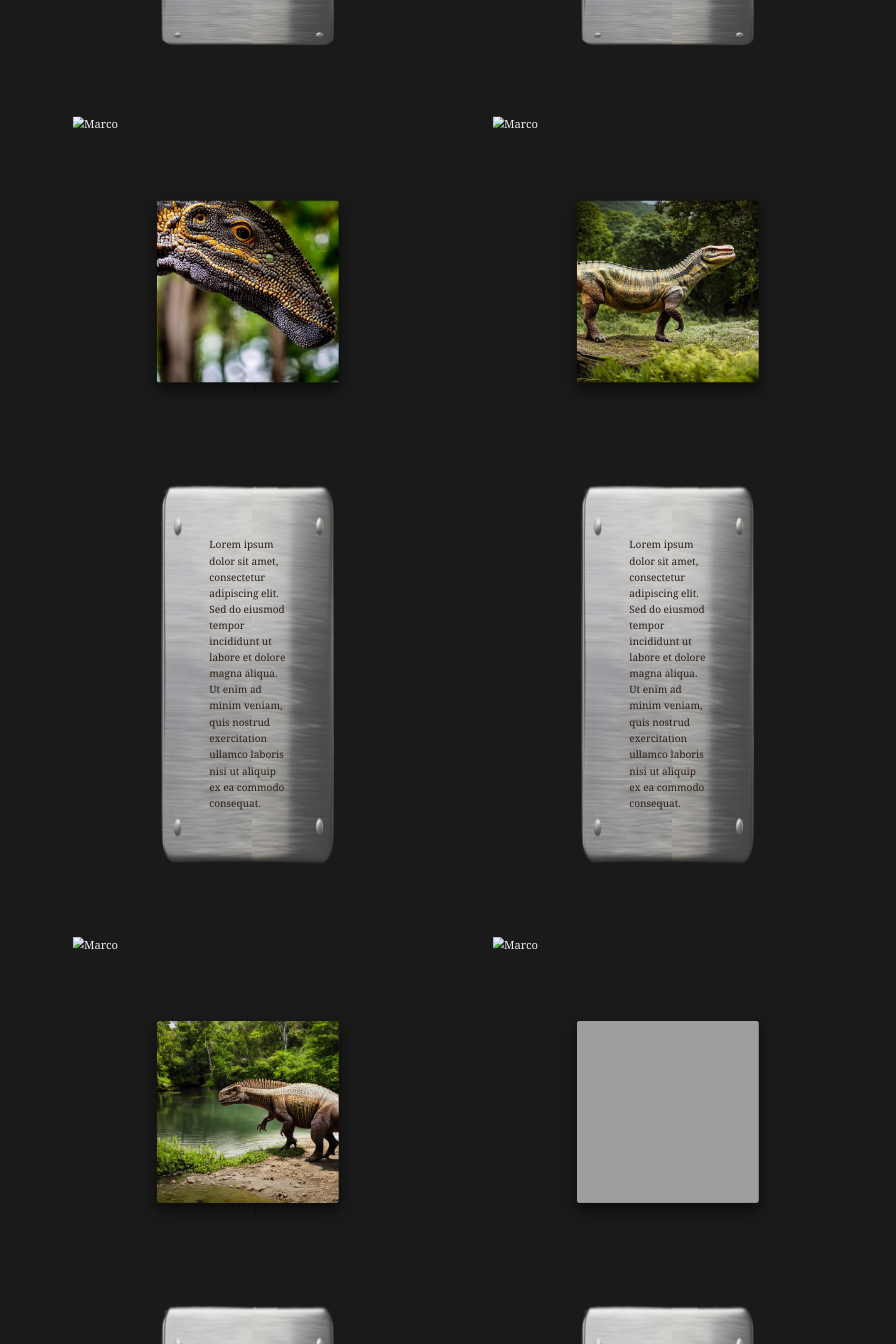
Repository: FormalIngenieroniel/YapperSaurusMuseum
Page: templates/index.html
The author's editor kept a record of every edit. The page is drawn from the files as they stood at one moment, then again after the next edit.
The browser window is 1280 px wide. The pictures show the part of the page from y = 1578 to 3498 px (the page is 6372 px tall), at 70% of full size.
Pictures or frames that could not be fetched are drawn as grey boxes.

Above is the page before.
Console error: TypeError: Cannot read properties of null (reading 'addEventListener')

### templates/index.html
<!DOCTYPE html>
<html lang="es">
<head>
    <meta charset="UTF-8">
    <meta name="viewport" content="width=device-width, initial-scale=1.0">
    <title>Museo de Dinosaurios</title>
    <link rel="stylesheet" href="./static/style.css">
</head>
<body>

    <div class="fondo-paralax"></div>

    <h1>Galería de Dinosaurios</h1>

    <div class="museo-container">

        <div class="dino-exhibit">
            <div class="dino-cuadro">
                <img src="./static/Carpetanosaurio rex/Waranatitan.png" alt="Waranatitan" class="dino-img">
                <img src="" alt="Marco" class="dino-marco">
            </div>
            <div class="dino-placa">
                </div>
        </div>

        <div class="dino-exhibit">
            <div class="dino-cuadro">
                <img src="./static/Carpetanosaurio rex/Hianchangosaurus.png" alt="Dinosaurio 2" class="dino-img">
                <img src="" alt="Marco" class="dino-marco">
            </div>
            <div class="dino-placa">
            </div>
        </div>
        <div class="dino-exhibit">
            <div class="dino-cuadro">
                <img src="./static/Carpetanosaurio rex/Hianchangosaurus.png" alt="Hianchangosaurus" class="dino-img">
                <img src="" alt="Marco" class="dino-marco">
            </div>
            <div class="dino-placa">
            </div>
        </div>

        <div class="dino-exhibit">
            <div class="dino-cuadro">
                <img src="./static/Carpetanosaurio rex/Ligantosaurus.png" alt="Dinosaurio 3" class="dino-img">
                <img src="" alt="Marco" class="dino-marco">
            </div>
            <div class="dino-placa">
            </div>
        </div>

        <div class="dino-exhibit">
            <div class="dino-cuadro">
                <img src="./static/Carpetanosaurio rex/Nonosaurus.png" alt="Dinosaurio 4" class="dino-img">
                <img src="" alt="Marco" class="dino-marco">
            </div>
            <div class="dino-placa">
                <p>Lorem ipsum dolor sit amet, consectetur adipiscing elit. Sed do eiusmod tempor incididunt ut labore et dolore magna aliqua. Ut enim ad minim veniam, quis nostrud exercitation ullamco laboris nisi ut aliquip ex ea commodo consequat.</p>
            </div>
        </div>

        <div class="dino-exhibit">
            <div class="dino-cuadro">
                <img src="./static/Carpetanosaurio rex/Protogosaurus.png" alt="Dinosaurio 5" class="dino-img">
                <img src="" alt="Marco" class="dino-marco">
            </div>
            <div class="dino-placa">
                <p>Lorem ipsum dolor sit amet, consectetur adipiscing elit. Sed do eiusmod tempor incididunt ut labore et dolore magna aliqua. Ut enim ad minim veniam, quis nostrud exercitation ullamco laboris nisi ut aliquip ex ea commodo consequat.</p>
            </div>
        </div>

        <div class="dino-exhibit">
            <div class="dino-cuadro">
                <img src="./static/Carpetanosaurio rex/Rapalasaurus.png" alt="Dinosaurio 6" class="dino-img">
                <img src="" alt="Marco" class="dino-marco">
            </div>
            <div class="dino-placa">
                <p>Lorem ipsum dolor sit amet, consectetur adipiscing elit. Sed do eiusmod tempor incididunt ut labore et dolore magna aliqua. Ut enim ad minim veniam, quis nostrud exercitation ullamco laboris nisi ut aliquip ex ea commodo consequat.</p>
            </div>
        </div>

        <div class="dino-exhibit">
            <div class="dino-cuadro">
                <img src="./static/Carpetanosaurio rex/Siamensaurus.png" alt="Dinosaurio 7" class="dino-img">
                <img src="" alt="Marco" class="dino-marco">
            </div>
            <div class="dino-placa">
                <p>Lorem ipsum dolor sit amet, consectetur adipiscing elit. Sed do eiusmod tempor incididunt ut labore et dolore magna aliqua. Ut enim ad minim veniam, quis nostrud exercitation ullamco laboris nisi ut aliquip ex ea commodo consequat.</p>
            </div>
        </div>

        <div class="dino-exhibit">
            <div class="dino-cuadro">
                <img src="./static/Carpetanosaurio rex/Stenosaurus.png" alt="Dinosaurio 8" class="dino-img">
                <img src="" alt="Marco" class="dino-marco">
            </div>
            <div class="dino-placa">
                <p>Lorem ipsum dolor sit amet, consectetur adipiscing elit. Sed do eiusmod tempor incididunt ut labore et dolore magna aliqua. Ut enim ad minim veniam, quis nostrud exercitation ullamco laboris nisi ut aliquip ex ea commodo consequat.</p>
            </div>
        </div>

        <div class="dino-exhibit">
            <div class="dino-cuadro">
                <img src="./static/Carpetanosaurio rex/Waranatitan.png" alt="Dinosaurio 9" class="dino-img">
                <img src="" alt="Marco" class="dino-marco">
            </div>
            <div class="dino-placa">
                <p>Lorem ipsum dolor sit amet, consectetur adipiscing elit. Sed do eiusmod tempor incididunt ut labore et dolore magna aliqua. Ut enim ad minim veniam, quis nostrud exercitation ullamco laboris nisi ut aliquip ex ea commodo consequat.</p>
            </div>
        </div>

        <div class="dino-exhibit">
            <div class="dino-cuadro">
                <img src="./static/Carpetanosaurio rex/Yundanosaurus.png" alt="Dinosaurio 10" class="dino-img">
                <img src="" alt="Marco" class="dino-marco">
            </div>
            <div class="dino-placa">
                <p>Lorem ipsum dolor sit amet, consectetur adipiscing elit. Sed do eiusmod tempor incididunt ut labore et dolore magna aliqua. Ut enim ad minim veniam, quis nostrud exercitation ullamco laboris nisi ut aliquip ex ea commodo consequat.</p>
            </div>
        </div>

    </div>

    <script src="./static/script.js"></script>
</body>
</html>

### static/style.css
/* --- Variables Globales y Reseteo --- */
:root {
    --dino-img-size: 260px;
    --marco-borde-size: 120px;
    --color-fondo: #1a1a1a;
    --color-texto-placa: #2c1e14;
    --color-luz-foco: rgba(255, 223, 150, 0.75);
    --color-titulo: #f0f0f0;
}

* {
    margin: 0;
    padding: 0;
    box-sizing: border-box;
}

body {
    font-family: 'Georgia', serif;
    background-color: var(--color-fondo);
    color: var(--color-titulo);
    overflow-x: hidden;
}

h1 {
    text-align: center;
    margin: 40px 0;
    font-size: 3rem;
    font-weight: normal;
    color: var(--color-titulo);
    text-shadow: 2px 2px 8px rgba(0,0,0,0.8);
    position: relative;
    z-index: 10;
    letter-spacing: 2px;
}

.fondo-paralax {
    background-image: url('./Marcos/fondo.png');
    background-size: cover;
    background-position: center center;
    position: fixed;
    z-index: -1;
    top: -50px;
    left: -50px;
    right: -50px;
    bottom: -50px;
}

.museo-container {
    display: grid;
    grid-template-columns: repeat(2, 1fr);
    grid-template-rows: repeat(5, auto);
    gap: 100px;
    padding: 40px;
    width: 90%;
    max-width: 15000px;
    margin: 0 auto;
    position: relative;
    z-index: 5;
}

.dino-exhibit {
    display: flex;
    flex-direction: column;
    align-items: center;
    cursor: pointer;
    transition: transform 0.4s ease-out, opacity 0.4s ease-out;
}

.museo-container:hover .dino-exhibit {
    opacity: 0.5;
    transform: scale(0.98);
}

.museo-container .dino-exhibit:hover {
    opacity: 1;
    transform: scale(1.05);
}

.dino-cuadro {
    position: relative;
    width: calc(var(--dino-img-size) + 2 * var(--marco-borde-size));
    height: calc(var(--dino-img-size) + 2 * var(--marco-borde-size));
    margin-bottom: 20px;
    transition: filter 0.4s ease-out;
}

.dino-exhibit:hover .dino-cuadro {
    filter: drop-shadow(0 0 20px var(--color-luz-foco));
}

.dino-img {
    width: var(--dino-img-size);
    height: var(--dino-img-size);
    object-fit: cover;
    position: absolute;
    top: 50%;
    left: 50%;
    transform: translate(-50%, -50%);
    z-index: 1;
    box-shadow: 0 10px 20px rgba(0,0,0,0.6);
    border-radius: 4px;
}

.dino-marco {
    width: 100%;
    height: 100%;
    position: absolute;
    top: 0;
    left: 0;
    z-index: 2;
    pointer-events: none;
}

/* === NUEVO: ESTILOS DEL SLICER DE PLACAS === */

/* 1. Contenedor Principal del Slicer */
/* Ocupa el espacio de la placa original y oculta el contenido que se desborda */
.placa-slicer-container {
    position: relative;
    width: 100%;
    max-width: 500px;
    overflow: hidden; /* ¡La clave! Oculta la segunda placa */
    box-shadow: 0 5px 15px rgba(0,0,0,0.5);
    transition: height 0.6s cubic-bezier(0.86, 0, 0.07, 1);
}

/* 2. El Wrapper que se desliza */
/* Es el doble de ancho que el contenedor para albergar las dos placas */
.placa-wrapper {
    display: flex;
    width: 200%; /* 100% para cada una de las dos placas */
    /* Animación suave para el deslizamiento */
    transition: transform 0.6s cubic-bezier(0.86, 0, 0.07, 1);
    align-items: flex-start;
}

/* 3. Clase que activa el deslizamiento */
.placa-wrapper.slide-active {
    transform: translateX(-50%); /* Mueve el wrapper a la izquierda */
}

/* 4. Estilo de cada Placa dentro del Slicer */
.dino-placa {
    width: 50%;
    flex-shrink: 0;
    background-image: url('./Marcos/placatexto.png');
    background-size: 100% 100%;
    background-repeat: no-repeat;

    /* AJUSTE 1: Aumenta el padding para crear el margen interior */
    /* Puedes ajustar el '60px' si necesitas más o menos espacio lateral */
    padding: 80px 70px;

    text-align: left;
    color: var(--color-texto-placa);
    font-size: 0.9rem;
    line-height: 1.6;

    /* AJUSTE 2: Añade estas 3 líneas para centrar el contenido */
    display: flex;
    flex-direction: column;
    justify-content: center; /* ¡Esta es la clave para el centrado vertical! */
}

/* 5. Estilo de las Flechas de Navegación */
.slicer-arrow {
    position: absolute;
    top: 50%;
    transform: translateY(-50%);
    z-index: 20;
    background-color: rgba(44, 30, 20, 0.7);
    color: white;
    border: none;
    border-radius: 50%;
    width: 40px;
    height: 40px;
    font-size: 24px;
    font-weight: bold;
    cursor: pointer;
    display: flex;
    align-items: center;
    justify-content: center;
    transition: background-color 0.3s ease, transform 0.3s ease;
}

.slicer-arrow:hover {
    background-color: rgba(44, 30, 20, 1);
    transform: translateY(-50%) scale(1.1);
}

.slicer-arrow.prev {
    left: 10px;
}

.slicer-arrow.next {
    right: 10px;
}

Loaded but not shown: static/script.js (460 lines, source omitted)

After the next edit:
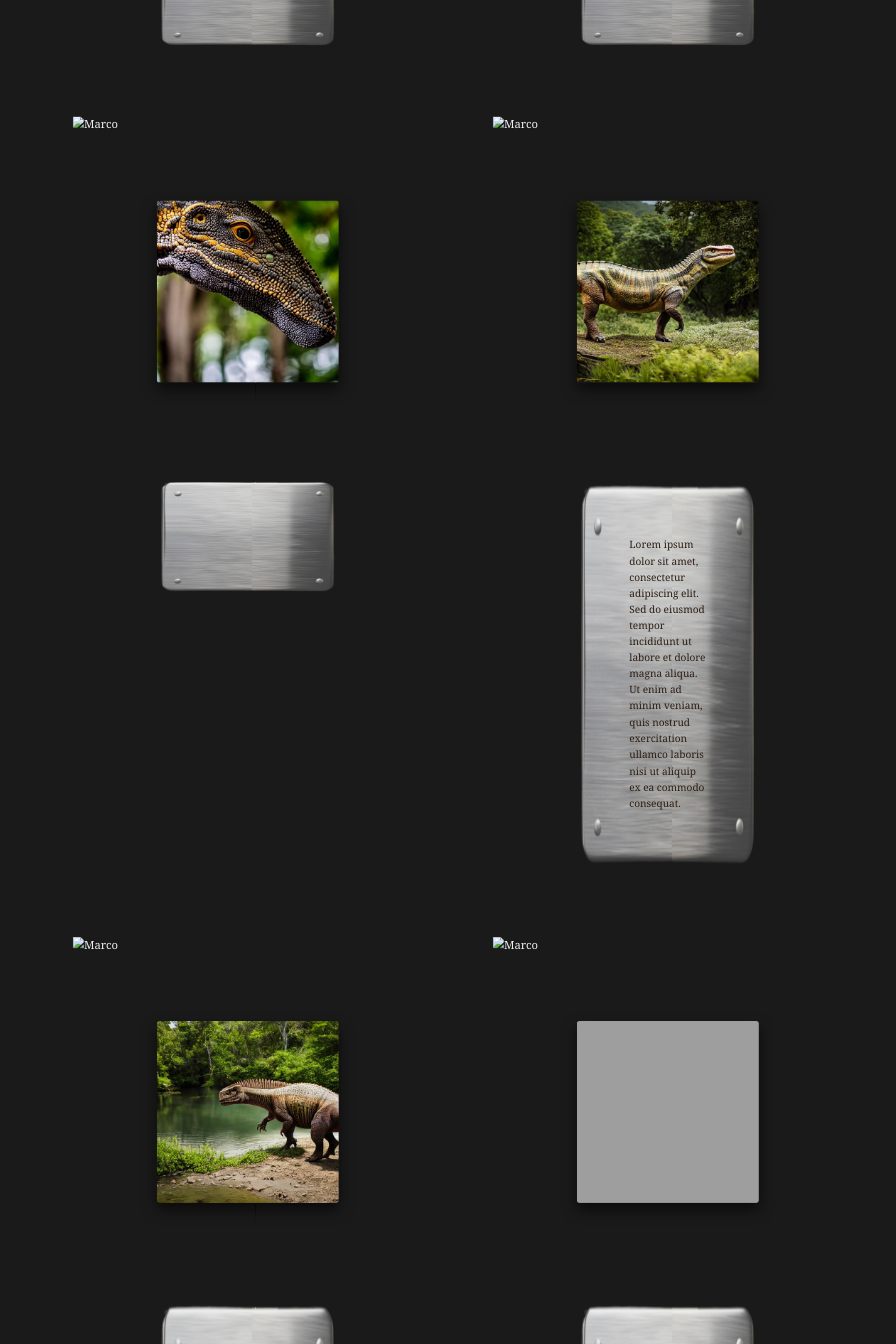
The edit:
--- a/templates/index.html
+++ b/templates/index.html
@@ -55,7 +55,6 @@
                 <img src="" alt="Marco" class="dino-marco">
             </div>
             <div class="dino-placa">
-                <p>Lorem ipsum dolor sit amet, consectetur adipiscing elit. Sed do eiusmod tempor incididunt ut labore et dolore magna aliqua. Ut enim ad minim veniam, quis nostrud exercitation ullamco laboris nisi ut aliquip ex ea commodo consequat.</p>
             </div>
         </div>
 
